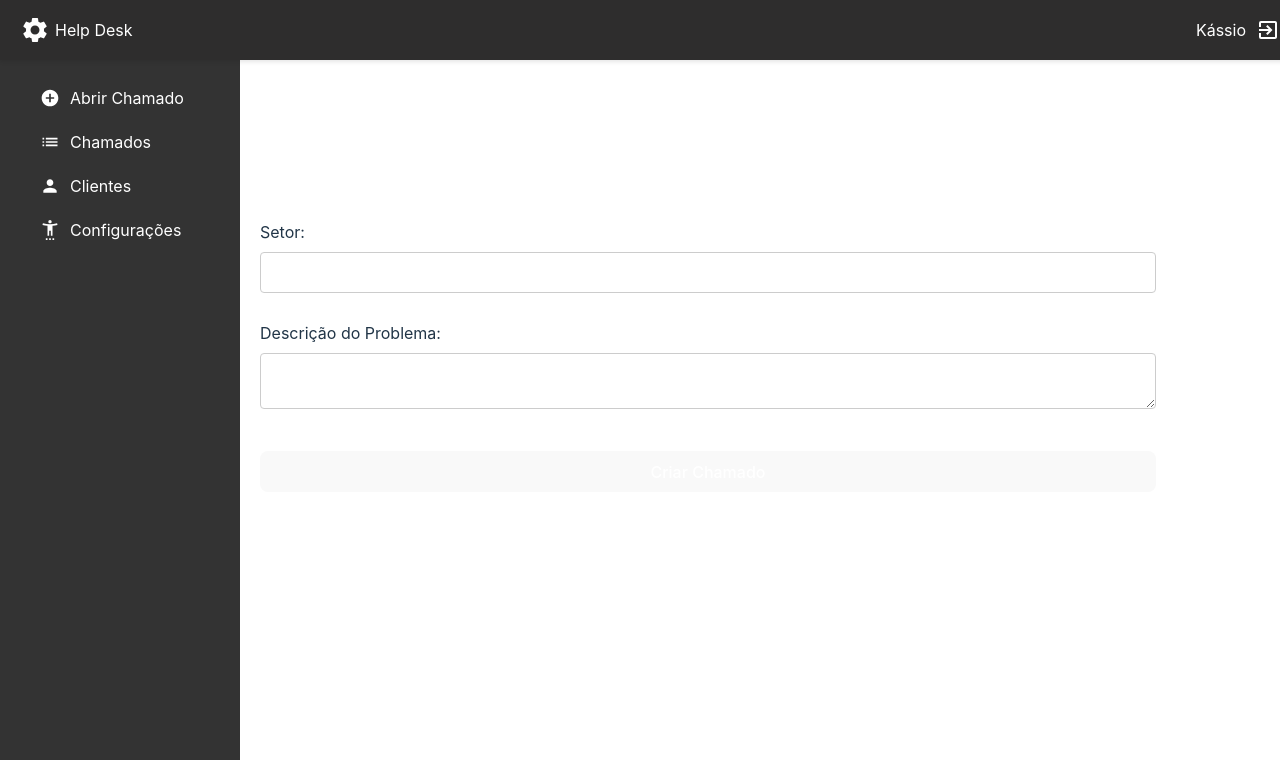
Repository: zkassimz/helpdesk
Page: /, after clicking the first element matching `li`
An editor plug-in stored every save of this project. The page is shown before and after the next save, followed by the edit.
The browser window is 1280 px wide. The pictures show the whole page.
The project was rebuilt for these pictures with package versions that can differ from the ones it lists, and the page was loaded fresh each time. Also part of the build but not shown: vite.config.js, src/components/css/Chamados.css, src/components/Chamados.jsx, src/components/Clientes.jsx, src/components/Configuracoes.jsx.

Above is the page before, as saved 2024-05-06 17:10:51.

### index.html
<!doctype html>
<html lang="en">

  <body>
    <div id="root"></div>
    <script type="module" src="/src/main.jsx"></script>
  </body>
</html>

### src/App.jsx
// src/App.js
import React, { useState } from 'react';
import AppBar from './components/AppBar'; // Importando o componente AppBar
import Sidebar from './components/Sidebar';
import Chamados from './components/Chamados';
import Clientes from './components/Clientes';
import Configuracoes from './components/Configuracoes';
import CreateTicketPage from './components/AbrirChamadoForm';
import './App.css';

function App() {
  const [currentPage, setCurrentPage] = useState('Dashboard');

  const renderPage = () => {
    switch (currentPage) {

      case 'OpenCall':
        return <CreateTicketPage />;
      case 'Chamados':
        return <Chamados />;
      case 'Clientes':
        return <Clientes />;
      case 'Configuracoes':
        return <Configuracoes />;
      default:
        return <div>Página não encontrada</div>;
    }
  };

  return (
    <div className="app">
      <AppBar />
      <div className="content">
        <Sidebar setCurrentPage={setCurrentPage} />
        <div className="main-content">
          {renderPage()}
        </div>
      </div>
    </div>
  );
}

export default App;

### src/components/AppBar.jsx

import React from 'react';
import { MdExitToApp, MdSettings } from 'react-icons/md';
import './css/AppBar.css';

const AppBar = () => {


  return (
    <div className="appbar">
      <div className="appbar-left">
        <div className="appbar-item" onClick={() => console.log("Consultar/Atender")}>
          <MdSettings size={30} />
          <span>Help Desk</span>
        </div>
      </div>
      <div className="appbar-right">
        <span>Kássio </span>
        <div className="logout-button" onClick={() => console.log("Logout")}>
          <MdExitToApp size={24} />
        </div>
      </div>
    </div>
  );
};

export default AppBar;

### src/components/Sidebar.jsx
import React from 'react';
import './css/SideBar.css';
import {  MdAddCircle, MdList, MdPerson, MdSettingsAccessibility } from 'react-icons/md';
const Sidebar = ({ setCurrentPage }) => {
  const handleClick = (page) => {
    setCurrentPage(page);
  };

  return (
    <div className="sidebar">
      <div className="sidebar-header">

      </div>
      <ul className="menu">
        <li onClick={() => handleClick('OpenCall')}>
        <MdAddCircle size={20}></MdAddCircle>
          <span>Abrir Chamado</span>
        </li>
        <li onClick={() => handleClick('Chamados')}>
        <MdList size={20}></MdList>
        Chamados</li>
        <li onClick={() => handleClick('Clientes')}>

        <MdPerson size={20}></MdPerson>
          Clientes</li>
        <li onClick={() => handleClick('Configurações')}>

        <MdSettingsAccessibility size={20}></MdSettingsAccessibility>

          Configurações</li>
      </ul>
    </div>
  );
};

export default Sidebar;

### src/components/AbrirChamadoForm.jsx
import React, { useState } from 'react';
import './css/CreateTicketPage.css';

const CreateTicketPage = () => {
  const [formData, setFormData] = useState({
    setor: '',
    descricaoProblema: ''
  });

  const handleChange = (e) => {
    const { name, value } = e.target;
    setFormData({
      ...formData,
      [name]: value
    });
  };

  const handleSubmit = (e) => {
    e.preventDefault();
    console.log('Dados do formulário:', formData);
    setFormData({
      setor: '',
      descricaoProblema: ''
    });
  };

  return (

    <div className="create-ticket-page">

      <form onSubmit={handleSubmit} className="ticket-form">
        <div className="form-group">
          <label htmlFor="setor">Setor:</label>
          <input
            type="text"
            id="setor"
            name="setor"
            value={formData.setor}
            onChange={handleChange}
            required
            className="input-field"
          />
        </div>
        <div className="form-group">
          <label htmlFor="descricaoProblema">Descrição do Problema:</label>
          <textarea
            id="descricaoProblema"
            name="descricaoProblema"
            value={formData.descricaoProblema}
            onChange={handleChange}
            required
            className="textarea-field"
          />
        </div>
        <button type="submit" className="submit-button">Criar Chamado</button>
      </form>
    </div>
  );
};

export default CreateTicketPage;

### src/App.css

.app {
  display: grid;
  grid-template-rows: auto 1fr;
  height: 100vh;
}
.sidebar {
  width: 200px;
  background-color: #333;
  color: #fff;
}

.main-content {
  flex: 1;
  overflow-y: auto;
}

.content {
  display: flex;
}

.sidebar-header {
  padding: 20px;
  text-align: center;
}

.menu {
  list-style-type: none;
  padding: 0;
}

.menu li {
  padding: 10px 20px;
  cursor: pointer;
}

.menu li:hover {
  background-color: #555;
}

### src/components/css/AppBar.css


.appbar {
    background-color: #2e2d2d;
    color: #fff;
    display: flex;
    justify-content: space-between;
    align-items: center;
    padding: 0 20px;
    height: 60px;
    width: 100%;
    position: fixed;
    top: 0;
    z-index: 1000;
    box-shadow: 0 2px 4px rgba(0, 0, 0, 0.1);
  }


  .appbar-item{
    margin-right: 10px;
    align-items: center;
    display: flex;
  }

  .appbar-left, .appbar-right {
    display: flex;
    align-items: center;
  }

  .appbar-item, .logout-button {
    cursor: pointer;
    margin-right: 20px;
    text-decoration: none;
    color: inherit;
    transition: all 0.3s ease;
  }

  .appbar-item:hover, .logout-button:hover {
    transform: translateY(-2px);
  }

  .appbar-item span {
    margin-left: 5px;
  }

  .logout-button {
    display: flex;
    align-items: center;
  }

  .logout-button span {
    margin-right: 10px;
  }
  .appbar-right {
    display: flex;
    align-items: center;
  }

  .appbar-right span {
    margin-right: 10px;
  }

  .logout-button {
    display: flex;
    align-items: center;
  }

### src/components/css/SideBar.css
.sidebar {
    width: 100px;
    background-color: #333;
    color: #fff;
    height: 100vh;
    padding: 20px;
  }

  .sidebar.open {
    width: 0;
  }



  .menu li {
    display: flex;
    align-items: center;
    cursor: pointer;
  }

  .menu li > * {
    margin-right: 10px; /* Espaço entre o ícone e o texto */
  }


  @media (max-width: 768px) {
    .sidebar {
      width: 100%;
    }
  }


  @media (min-width: 1024px) {
    .sidebar {
      width: 300px;
    }
  }

### src/components/css/CreateTicketPage.css
.modal {
  display: none;
  position: fixed;
  z-index: 1;
  left: 0;
  top: 0;
  width: 100%;
  height: 100%;
  overflow: auto;
  background-color: rgba(0,0,0,0.4);
}

.create-ticket-page {
  display: flex;
  justify-content: center;
  align-items: center;
  height: 100vh;
}

.modal-content {
  background-color: #fefefe;
  margin: 15% auto;
  padding: 20px;
  border: 1px solid #888;
  width: 80%;
}

.close-button {
  color: #aaa;
  float: right;
  font-size: 28px;
  font-weight: bold;
}

.close-button:hover,
.close-button:focus {
  color: black;
  text-decoration: none;
  cursor: pointer;
}

h2 {
  text-align: center;
}

form {
  width: 70vw;
  padding: 20px;
}

.form-group {
  margin-bottom: 20px;
}

label {
  display: block;
}

input[type="text"],
textarea,
select {
  width: 100%;
  padding: 12px 20px;
  margin: 8px 0;
  border: 1px solid #ccc;
  border-radius: 4px;
  box-sizing: border-box;
}

button {
  background-color: #4CAF50;
  color: white;
  padding: 14px 20px;
  margin: 8px 0;
  border: none;
  border-radius: 4px;
  cursor: pointer;
  width: 100%;
}

button:hover {
  background-color: #45a049;
}

.modal.open {
  display: block; /* Mostra o modal quando a classe 'open' é aplicada */
}

Loaded but not shown: src/main.jsx (common file); src/index.css (common file)

After the next save:
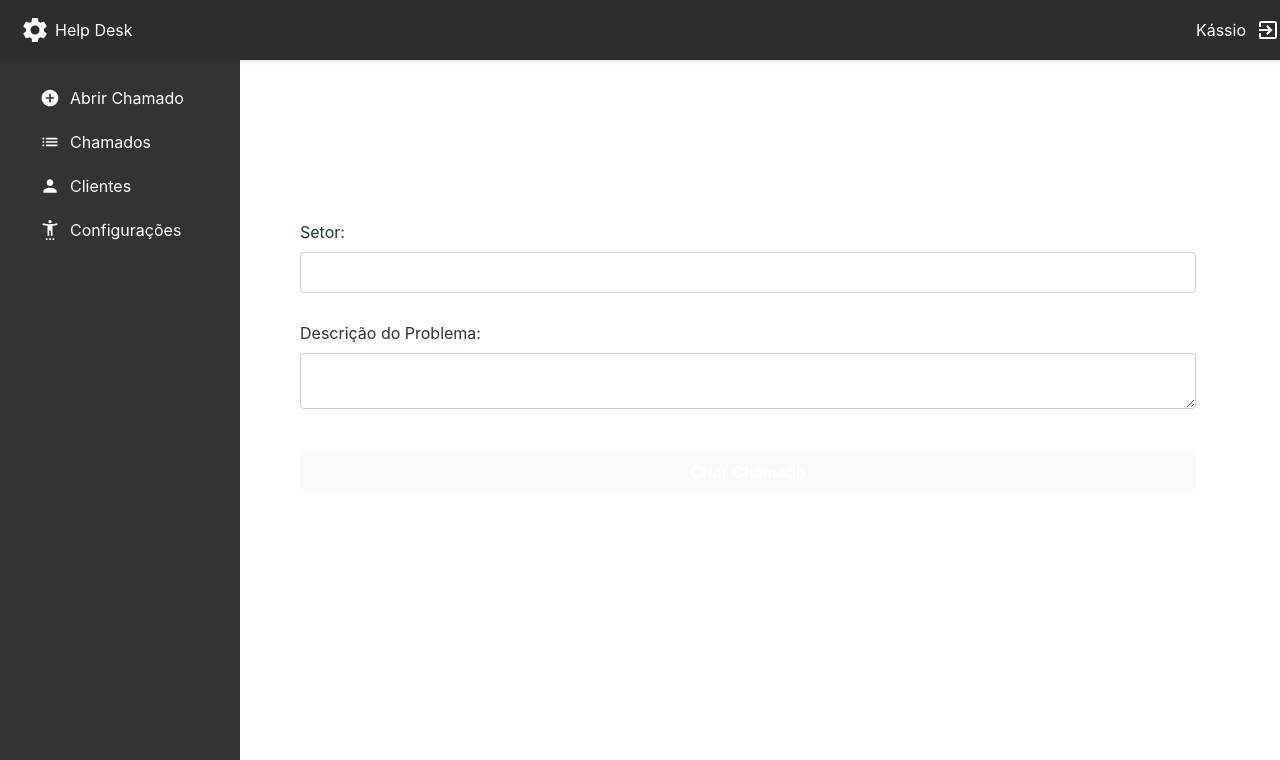
Saved 4 s later.
--- a/src/components/css/CreateTicketPage.css
+++ b/src/components/css/CreateTicketPage.css
@@ -45,7 +45,7 @@ h2 {
 
 form {
   width: 70vw;
-  padding: 20px;
+  padding: 60px;
 }
 
 .form-group {
